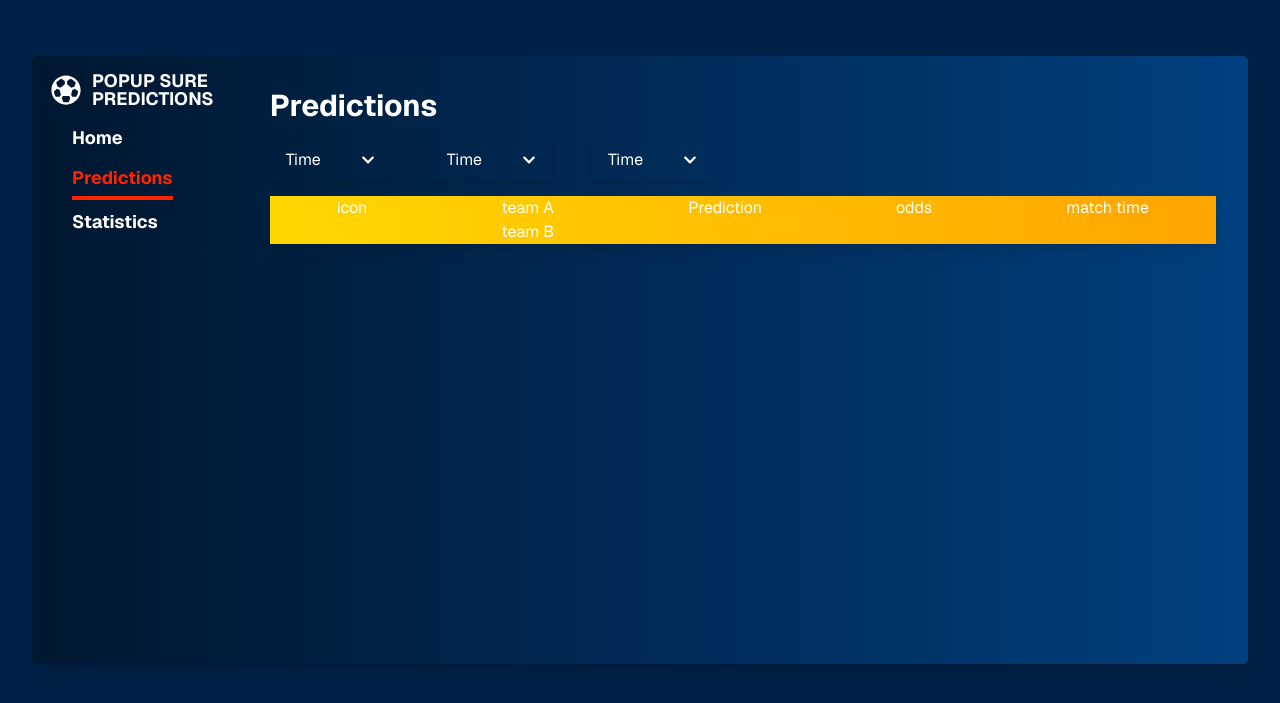
Repository: prototypedave/AlgoFooty
Page: /predictions (app in frontend/algo-footy/)
These files come from the project's save history. The page is drawn as it stood at one moment and after the next save; the edit follows.
The browser window is 1280 px wide. The pictures show the whole page.
The project was rebuilt for these pictures with package versions that can differ from the ones it lists, and the page was loaded fresh each time. The framework's server and built-in components were replaced by stand-ins that run in the browser. Also part of the build but not shown: frontend/algo-footy/next.config.ts.

Above is the page before, as saved 2025-11-03 08:05:34.

### frontend/algo-footy/app/predictions/page.tsx
"use client";

import Link from "next/link";
import { IoMdFootball } from "react-icons/io";
import { usePathname } from "next/navigation";
import DropdownButton from "@/components/dropdown";

export default function Predictions() {
    const pathname = usePathname();
    return (
        <div className="relative flex flex-col min-h-screen items-center justify-center bg-oxford-blue font-sans">
            <nav className="absolute inset-x-0 top-0 bottom-0 bg-gradient-to-r from-[#001730] to-[#004080] text-white max-h-full rounded-md mx-8 my-14 shadow-lg flex gap-10 p-4">
                <div className="flex flex-col">
                    <div className="flex gap-2">
                        <IoMdFootball className="text-4xl"/>
                        <p className="text-lg font-bold leading-none">
                            <span className="block">POPUP SURE </span>
                            <span className="block">PREDICTIONS</span>
                        </p>
                    </div>
                    <div className="flex flex-col items-start gap-2 pt-4 pl-6 font-bold text-lg text-white">
                        <Link
                            href="/home"
                            className={`pb-1 ${
                            pathname === "/home"
                                ? "border-b-4 border-black font-bold"
                                : "border-b-0"
                            }`}
                        >
                            Home
                        </Link>
                        <Link href="/predictions"
                            className={`inline-block pb-1 ${
                                pathname === "/predictions"? "border-b-4 border-orange-red font-bold text-orange-red" : "border-b-0 border-orange-red"
                            }`}>Predictions</Link>
                        <Link href={"/statistics"}>Statistics</Link>
                    </div>
                </div>
                <div className="flex flex-col p-4 gap-4 w-full">
                    <h1 className="text-3xl font-bold">Predictions</h1>
                    <div className="flex gap-10 w-full">
                            <DropdownButton />
                            <DropdownButton />
                            <DropdownButton />
                    </div>
                    <div className="flex w-full">
                        <ol className="w-full">
                            <li className="flex bg-gradient-to-r from-[#FFD700] to-[#FFA500] w-full shadow-lg justify-around">
                                <p>icon</p>
                                <div>
                                    <p>team A</p>
                                    <p>team B</p>
                                </div>
                                <p>Prediction</p>
                                <div>odds</div>
                                <div>match time</div>
                            </li>
                        </ol>
                    </div>
                </div>
            </nav>
        </div>
    );
}

### frontend/algo-footy/app/globals.css
@import "tailwindcss";

:root {
  --background: #ffffff;
  --foreground: #171717;
}

@theme inline {
  --color-background: var(--background);
  --color-foreground: var(--foreground);
  --font-sans: var(--font-geist-sans);
  --font-mono: var(--font-geist-mono);
}

@theme {
  --color-oxford-blue: #002147;
  --color-orange-red: #FF2400;
}

@media (prefers-color-scheme: dark) {
  :root {
    --background: #0a0a0a;
    --foreground: #ededed;
  }
}

body {
  background: var(--background);
  color: var(--foreground);
  font-family: Arial, Helvetica, sans-serif;
}

### frontend/algo-footy/components/dropdown.tsx
"use client";
import { useState } from "react";
import { FaChevronDown, FaChevronUp } from "react-icons/fa";

export default function DropdownButton() {
  const [open, setOpen] = useState(false);

  return (
    <div className="relative inline-block text-left">
      {/* Button */}
      <button
        onClick={() => setOpen(!open)}
        className="flex items-center justify-between gap-10 text-white-500 px-4 py-2 shadow-md hover:text-orange-red transition"
      >
        Time
        {open ? (
          <FaChevronUp className="text-sm" />
        ) : (
          <FaChevronDown className="text-sm" />
        )}
      </button>

      {/* Dropdown Menu */}
      {open && (
        <div className="absolute right-0 mt-2 w-48 shadow-lg">
          <ul className="py-1">
            <li>
              <a
                href="#profile"
                className="block px-4 py-2 text-white-300 hover:bg-orange-red"
              >
                Next 1hr
              </a>
            </li>
            <li>
              <a
                href="#settings"
                className="block px-4 py-2 text-white-200 hover:bg-orange-red"
              >
                Next 3hrs
              </a>
            </li>
            <li>
              <a
                href="#logout"
                className="block px-4 py-2 text-white-300 hover:bg-orange-red"
              >
                Next 6hrs
              </a>
            </li>
          </ul>
        </div>
      )}
    </div>
  );
}

Loaded but not shown: frontend/algo-footy/app/layout.tsx (common file)

After the next save:
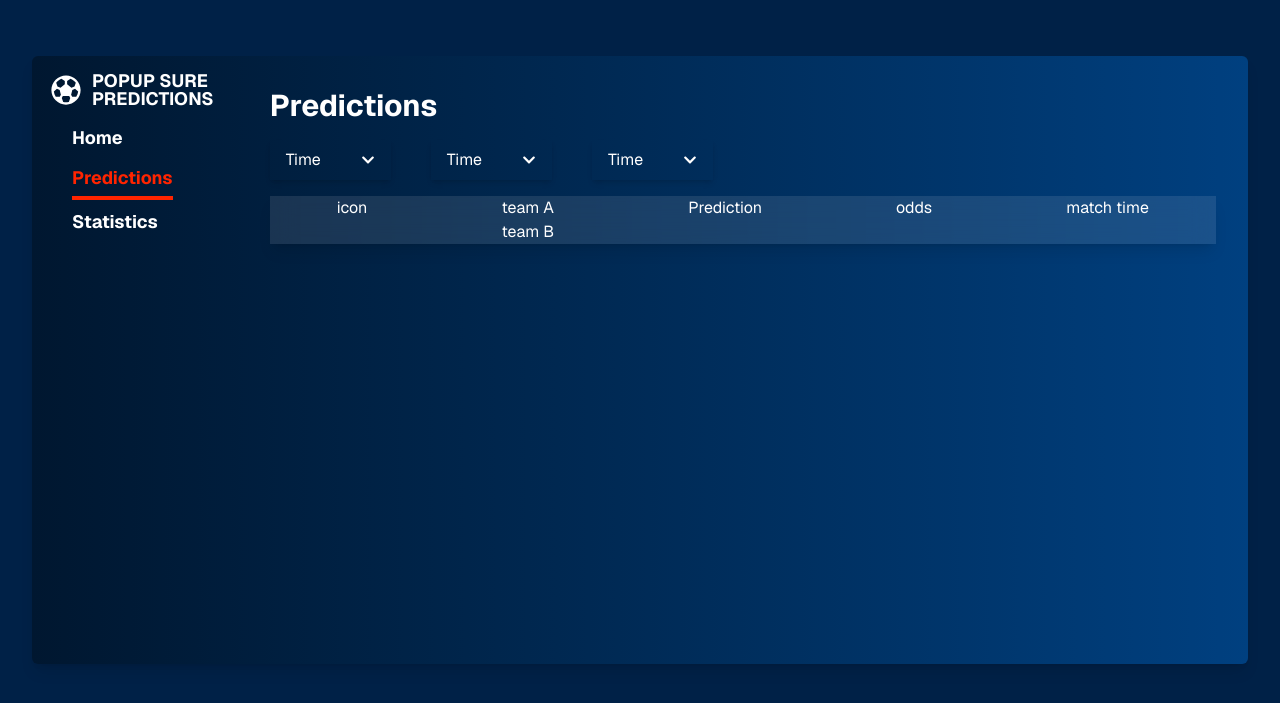
Saved 6 s later.
--- a/frontend/algo-footy/app/predictions/page.tsx
+++ b/frontend/algo-footy/app/predictions/page.tsx
@@ -45,7 +45,7 @@ export default function Predictions() {
                     </div>
                     <div className="flex w-full">
                         <ol className="w-full">
-                            <li className="flex bg-gradient-to-r from-[#FFD700] to-[#FFA500] w-full shadow-lg justify-around">
+                            <li className="flex bg-white/10 backdrop-blur-md w-full shadow-lg justify-around">
                                 <p>icon</p>
                                 <div>
                                     <p>team A</p>
